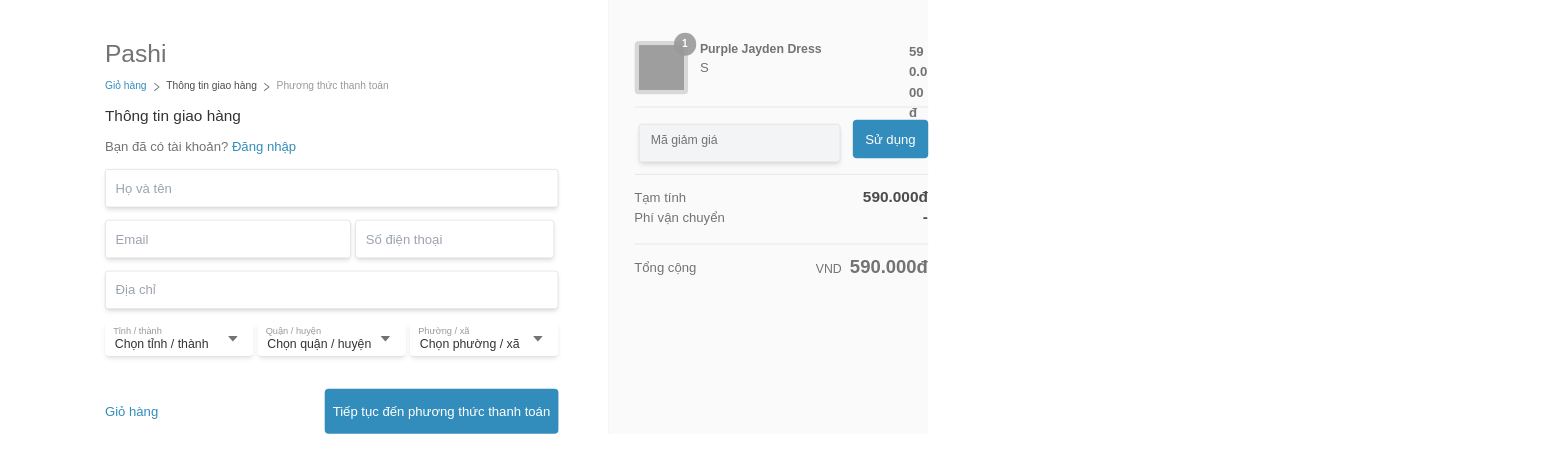
Repository: levinhky/pashi
Page: /checkout/information
An editor plug-in stored every save of this project. The page is shown before and after the next save, followed by the edit.
The browser window is 1280 px wide. The page is 1910 px wide, so the pictures cover 1910 px, including what lies to the right of the window. The pictures show the whole page, at 82% of full size.
Pictures or frames that could not be fetched are drawn as grey boxes. The project was rebuilt for these pictures with package versions that can differ from the ones it lists, and the page was loaded fresh each time. Also part of the build but not shown: src/components/Home/Home.module.css, src/configs/api.js, src/components/Loading/Loading.module.css, src/components/Loading/Loading.jsx, src/components/Partner/Partner.module.css, src/components/Partner/Partner.jsx, src/components/Home/Home.jsx, src/components/ProductList/ProductList.module.css and 18 more.

Above is the page before, as saved 2022-10-07 16:12:04.

After the next save:
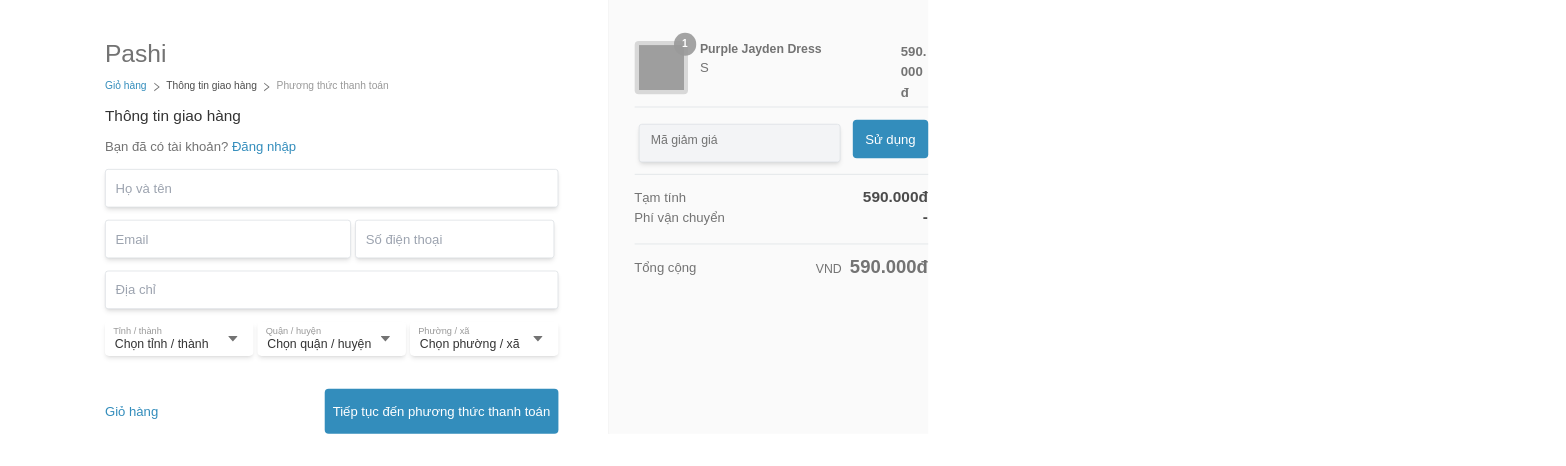
Saved 22 s later.
--- a/src/pages/CheckoutPage/CheckoutPage.jsx
+++ b/src/pages/CheckoutPage/CheckoutPage.jsx
@@ -15,7 +15,7 @@
       <div className="sidebar w-[38%] relative bg-[#fafafa]">
         <div className="bg-left-top block w-[300%] top-0 absolute bottom-0 -z-10 shadow-[1px_0_0_#e1e1e1_inset]"></div>
         <div className="sidebar-content pl-[8%] pt-20">
-          <div className="content-item w-auto h-[65px] grid grid-cols-[65px_minmax(270px,_1fr)_auto] ">
+          <div className="content-item w-auto h-[65px] grid grid-cols-[65px_minmax(260px,_1fr)_auto] ">
             <div className="product-img w-[65px] h-[65px] relative">
               <div className="bg-[#d8d8d8] w-full h-full rounded-lg relative overflow-hidden">
                 <img
